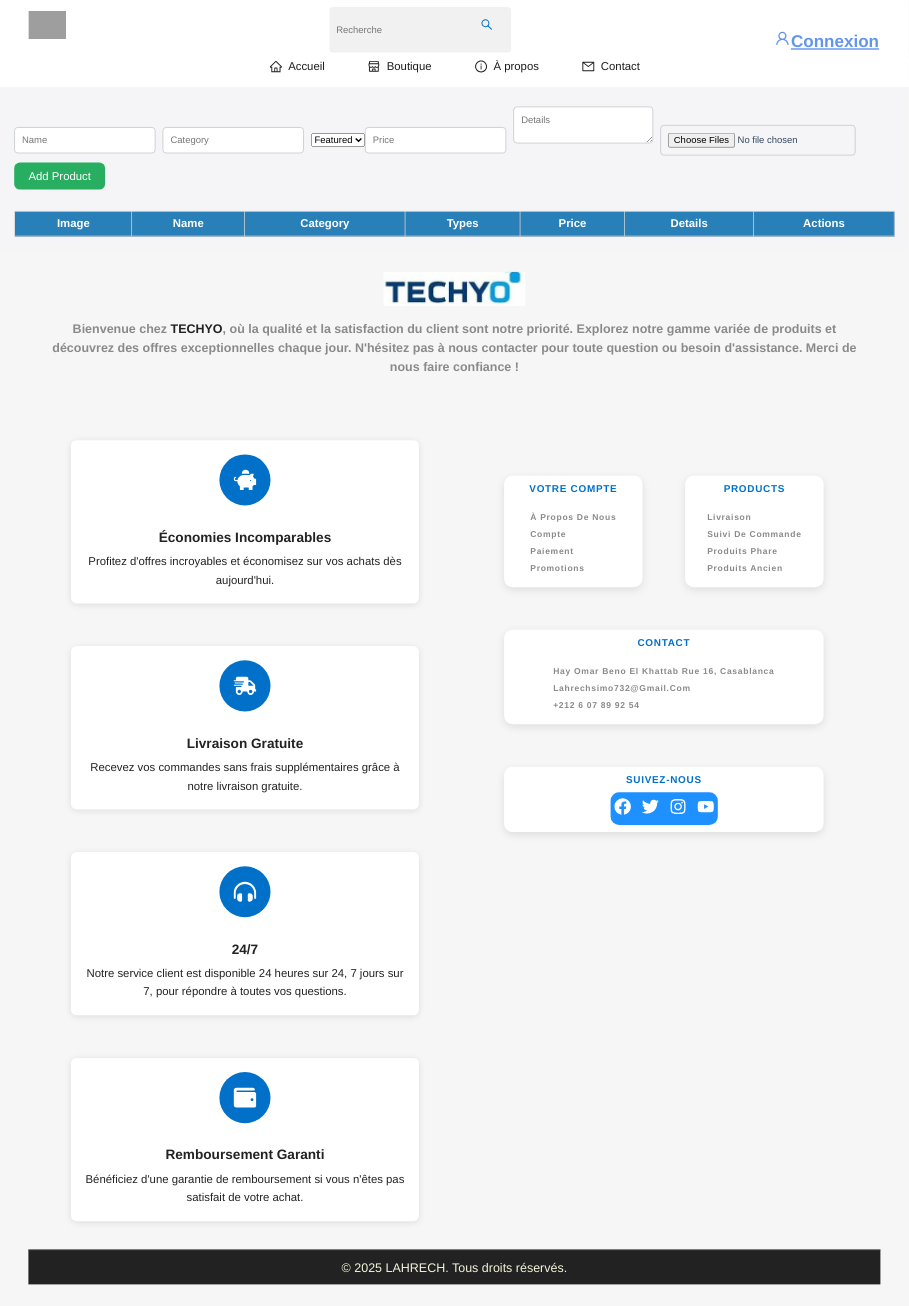
Repository: sebti-cloud/project-modern
Page: /products (app in ecommerce_website/)
An editor plug-in stored every save of this project. The page is shown before and after the next save, followed by the edit.
The browser window is 1280 px wide. The pictures show the whole page, at 71% of full size.
The page's requests for data from a server got no answer. The project was rebuilt for these pictures with package versions that can differ from the ones it lists, and the page was loaded fresh each time. No one was signed in, and anything a server would have sent is missing. Also part of the build but not shown: ecommerce_website/src/comp/home.js, ecommerce_website/src/comp/shop.js, ecommerce_website/src/comp/cart.js, ecommerce_website/src/comp/contact.js, ecommerce_website/src/comp/rout.js, ecommerce_website/src/comp/Orders.js, ecommerce_website/src/comp/LikedProducts.js, ecommerce_website/src/comp/Categories.js and 29 more.

Above is the page before, as saved 2025-01-24 17:20:30.

### ecommerce_website/src/comp/Products.js
/*import React, { useState, useEffect } from 'react';
import { Link } from 'react-router-dom';
import './admin.css';

const Products = () => {
    const [products, setProducts] = useState([]);
    const [newProduct, setNewProduct] = useState({ name: '', category: '', types: [], price: '', details: '' });
    const [editProduct, setEditProduct] = useState(null);
    const [selectedFile, setSelectedFile] = useState(null);

    useEffect(() => {
        fetchProducts();
    }, []);

    const fetchProducts = async () => {
        try {
            const response = await fetch('http://localhost:3001/api/products');
            const data = await response.json();
            setProducts(Array.isArray(data) ? data : []);
        } catch (error) {
            console.error('Error fetching products:', error);
        }
    };

    const handleChange = (e) => {
        const { name, value } = e.target;
        if (editProduct) {
            if (name === 'types') {
                const types = Array.from(e.target.selectedOptions, option => option.value);
                setEditProduct({ ...editProduct, types });
            } else {
                setEditProduct({ ...editProduct, [name]: value });
            }
        } else {
            if (name === 'types') {
                const types = Array.from(e.target.selectedOptions, option => option.value);
                setNewProduct({ ...newProduct, types });
            } else {
                setNewProduct({ ...newProduct, [name]: value });
            }
        }
    };

    const handleFileChange = (e) => {
        setSelectedFile(e.target.files[0]);
    };

    const handleAddProduct = async (e) => {
        e.preventDefault();
        const formData = new FormData();
        formData.append('name', newProduct.name);
        formData.append('category', newProduct.category);
        formData.append('types', JSON.stringify(newProduct.types)); // Convertir types en chaîne JSON
        formData.append('price', newProduct.price);
        formData.append('details', newProduct.details);
        formData.append('image', selectedFile);
        try {
            const response = await fetch('http://localhost:3001/api/products', {
                method: 'POST',
                body: formData,
            });
            if (response.ok) {
                fetchProducts();
                setNewProduct({ name: '', category: '', types: [], price: '', details: '' });
                setSelectedFile(null);
                alert('Product added successfully!', 'alert-success');
            } else {
                alert('Failed to add product.', 'alert-danger');
            }
        } catch (error) {
            console.error('Error adding product:', error);
        }
    };

    const handleEditProduct = (product) => {
        setEditProduct(product);
    };

    const handleUpdateProduct = async (e) => {
        e.preventDefault();
        const formData = new FormData();
        formData.append('name', editProduct.name);
        formData.append('category', editProduct.category);
        formData.append('types', JSON.stringify(editProduct.types || [])); // Assurer types est un tableau
        formData.append('price', editProduct.price);
        formData.append('details', editProduct.details);
        if (selectedFile) {
            formData.append('image', selectedFile);
        }
        try {
            const response = await fetch(`http://localhost:3001/api/products/${editProduct.id}`, {
                method: 'PUT',
                body: formData,
            });
            if (response.ok) {
                fetchProducts();
                setEditProduct(null);
                setSelectedFile(null);
                alert('Product updated successfully!', 'alert-success');
            } else {
                const errorText = await response.text();
                alert(`Failed to update product: ${errorText}`, 'alert-danger');
            }
        } catch (error) {
            console.error('Error updating product:', error);
        }
    };

    const handleDeleteProduct = async (id) => {
        try {
            const response = await fetch(`http://localhost:3001/api/products/${id}`, {
                method: 'DELETE',
            });
            if (response.ok) {
                fetchProducts();
                alert('Product deleted successfully!', 'alert-success');
            } else {
                alert('Failed to delete product.', 'alert-danger');
            }
        } catch (error) {
            console.error('Error deleting product:', error);
        }
    };

    return (
        <div className="admin-dashboard">
            <nav>
                <ul>
                    <li><Link to="/products">Produits</Link></li>
                    <li><Link to="/orders">Commandes</Link></li>
                    <li><Link to="/likedProducts">Produits aimés</Link></li>
                    <li><Link to="/categories">Catégories</Link></li>
                    <li><Link to="/contacts">Messages</Link></li>
                    <li><Link to="/admins">Administrateurs</Link></li>
                    <li><Link to="/admin-settings">Settings</Link></li>
                    <li><Link to="/admin-users">Utilisateurs</Link></li>
                </ul>
            </nav>
            <div className="products">
                <h2 className="products-header">Products</h2>
                <form onSubmit={editProduct ? handleUpdateProduct : handleAddProduct}>
                    <input type="text" name="name" placeholder="Name" value={editProduct ? editProduct.name : newProduct.name} onChange={handleChange} required />
                    <input type="text" name="category" placeholder="Category" value={editProduct ? editProduct.category : newProduct.category} onChange={handleChange} required />
                    <select name="types" value={editProduct ? editProduct.types : newProduct.types} onChange={handleChange}  required>
                        <option value="featured">Featured</option>
                        <option value="new">New</option>
                        <option value="top">Top</option>
                        <option value="sale">Sale</option>
                    </select>
                    <input type="number" name="price" placeholder="Price" value={editProduct ? editProduct.price : newProduct.price} onChange={handleChange} required />
                    <textarea name="details" className="details" placeholder="Details" value={editProduct ? editProduct.details : newProduct.details} onChange={handleChange} required />
                    <input type="file" name="image" onChange={handleFileChange} required={!editProduct} />
                    <button type="submit">{editProduct ? 'Update Product' : 'Add Product'}</button>
                </form>
                <table className="products-table">
                    <thead>
                        <tr>
                            <th>Image</th>
                            <th>Name</th>
                            <th>Category</th>
                            <th>Types</th>
                            <th>Price</th>
                            <th>Details</th>
                            <th>Actions</th>
                        </tr>
                    </thead>
                    <tbody>
                        {products.map(product => (
                            <tr key={product.id}>
                                <td><img src={`http://localhost:3001${product.image}`} alt={product.name} className="product-image" /></td>
                                <td>{product.name}</td>
                                <td>{product.category}</td>
                                <td>{product.types ? product.types.join(', ') : 'No types'}</td>
                                <td>{product.price} MAD</td>
                                <td>{product.details}</td>
                                <td>
                                    <button onClick={() => handleEditProduct(product)} className="edit-button">Edit</button>
                                    <button onClick={() => handleDeleteProduct(product.id)} className="delete-button">Delete</button>
                                </td>
                            </tr>
                        ))}
                    </tbody>
                </table>
            </div>
        </div>
    );
};

export default Products;
*/import React, { useState, useEffect } from 'react';
import { Link } from 'react-router-dom';
import './admin.css';

const Products = () => {
    const [products, setProducts] = useState([]);
    const [newProduct, setNewProduct] = useState({ name: '', category: '', types: [], price: '', details: '' });
    const [editProduct, setEditProduct] = useState(null);
    const [selectedFiles, setSelectedFiles] = useState([]);

    useEffect(() => {
        fetchProducts();
    }, []);

    const fetchProducts = async () => {
        try {
            const response = await fetch('http://localhost:3001/api/products');
            const data = await response.json();

            // Normaliser les données pour s'assurer que `images` est un tableau
            const normalizedData = data.map(product => ({
                ...product,
                images: product.images
                    ? product.images.replace(/[{}"]/g, '').split(',') // Convertir la chaîne JSON en tableau
                    : [],
            }));

            setProducts(normalizedData);
        } catch (error) {
            console.error('Error fetching products:', error);
        }
    };


    const handleChange = (e) => {
        const { name, value } = e.target;
        if (editProduct) {
            if (name === 'types') {
                const types = Array.from(e.target.selectedOptions, option => option.value);
                setEditProduct({ ...editProduct, types });
            } else {
                setEditProduct({ ...editProduct, [name]: value });
            }
        } else {
            if (name === 'types') {
                const types = Array.from(e.target.selectedOptions, option => option.value);
                setNewProduct({ ...newProduct, types });
            } else {
                setNewProduct({ ...newProduct, [name]: value });
            }
        }
    };

    const handleFileChange = (e) => {
        const allowedTypes = ['image/jpeg', 'image/png', 'image/webp'];
        const files = Array.from(e.target.files).filter(file => allowedTypes.includes(file.type));
        if (files.length !== e.target.files.length) {
            alert('Some files were not uploaded because they are not valid image types.');
        }
        setSelectedFiles(files);
    };

    const handleAddProduct = async (e) => {
        e.preventDefault();
        const formData = new FormData();
        formData.append('name', newProduct.name);
        formData.append('category', newProduct.category);
        formData.append('types', JSON.stringify(newProduct.types));
        formData.append('price', newProduct.price);
        formData.append('details', newProduct.details);

        selectedFiles.forEach((file) => {
            formData.append('images', file);
        });

        try {
            const response = await fetch('http://localhost:3001/api/products', {
                method: 'POST',
                body: formData,
            });
            if (response.ok) {
                fetchProducts();
                setNewProduct({ name: '', category: '', types: [], price: '', details: '' });
                setSelectedFiles([]);
                alert('Product added successfully!', 'alert-success');
            } else {
                const errorText = await response.text();
                alert(`Failed to add product: ${errorText}`, 'alert-danger');
            }
        } catch (error) {
            console.error('Error adding product:', error);
        }
    };

    const handleEditProduct = (product) => {
        setEditProduct(product);
    };

    const handleUpdateProduct = async (e) => {
        e.preventDefault();
        const formData = new FormData();
        formData.append('name', editProduct.name);
        formData.append('category', editProduct.category);
        formData.append('types', JSON.stringify(editProduct.types || []));
        formData.append('price', editProduct.price);
        formData.append('details', editProduct.details);

        if (selectedFiles.length > 0) {
            selectedFiles.forEach((file) => {
                formData.append('images', file);
            });
        }

        try {
            const response = await fetch(`http://localhost:3001/api/products/${editProduct.id}`, {
                method: 'PUT',
                body: formData,
            });
            if (response.ok) {
                fetchProducts();
                setEditProduct(null);
                setSelectedFiles([]);
                alert('Product updated successfully!', 'alert-success');
            } else {
                const errorText = await response.text();
                alert(`Failed to update product: ${errorText}`, 'alert-danger');
            }
        } catch (error) {
            console.error('Error updating product:', error);
        }
    };

    const handleDeleteProduct = async (id) => {
        if (!window.confirm('Are you sure you want to delete this product?')) return;

        try {
            const response = await fetch(`http://localhost:3001/api/products/${id}`, {
                method: 'DELETE',
            });
            if (response.ok) {
                fetchProducts();
                alert('Product deleted successfully!', 'alert-success');
            } else {
                alert('Failed to delete product.', 'alert-danger');
            }
        } catch (error) {
            console.error('Error deleting product:', error);
        }
    };

    return (
        <div className="admin-dashboard">
            <form onSubmit={editProduct ? handleUpdateProduct : handleAddProduct}>
                <input type="text" name="name" placeholder="Name" value={editProduct ? editProduct.name : newProduct.name} onChange={handleChange} required />
                <input type="text" name="category" placeholder="Category" value={editProduct ? editProduct.category : newProduct.category} onChange={handleChange} required />
                <select name="types" value={editProduct ? editProduct.types[0] : newProduct.types[0]} onChange={handleChange} required>
                    <option value="featured">Featured</option>
                    <option value="new">New</option>
                    <option value="top">Top</option>
                    <option value="sale">Sale</option>
                </select>

                <input type="number" name="price" placeholder="Price" value={editProduct ? editProduct.price : newProduct.price} onChange={handleChange} required />
                <textarea name="details" className="details" placeholder="Details" value={editProduct ? editProduct.details : newProduct.details} onChange={handleChange} required />
                <input
                    type="file"
                    name="images"
                    multiple
                    onChange={handleFileChange}
                    required={!editProduct}
                />
                <button type="submit">{editProduct ? 'Update Product' : 'Add Product'}</button>
            </form>

            <table className="products-table">
                <thead>
                    <tr>
                        <th>Image</th>
                        <th>Name</th>
                        <th>Category</th>
                        <th>Types</th>
                        <th>Price</th>
                        <th>Details</th>
                        <th>Actions</th>
                    </tr>
                </thead>
                <tbody>
                    {products.map(product => (
                        <tr key={product.id}>
                            <td>
                                {product.images && product.images.length > 0 ? (
                                    product.images.map((img, index) => (
                                        <img
                                            key={index}
                                            src={`http://localhost:3001${img.trim()}`} // Assurez-vous que l'URL est correcte
                                            alt={`${product.name} - Image ${index + 1}`}
                                            className="product-image"
                                        />
                                    ))
                                ) : (
                                    <span>No image available</span>
                                )}
                            </td>

                            <td>{product.name}</td>
                            <td>{product.category}</td>
                            <td>{product.type ? product.types.join(', ') : 'No types'}</td>
                            <td>{product.price} MAD</td>
                            <td>{product.details}</td>
                            <td>
                                <button onClick={() => handleEditProduct(product)} className="edit-button">Edit</button>
                                <button onClick={() => handleDeleteProduct(product.id)} className="delete-button">Delete</button>
                            </td>
                        </tr>
                    ))}
                </tbody>
            </table>
        </div>
    );
};

export default Products;

### ecommerce_website/src/comp/about.css
* {
    margin: 0;
    padding: 0;
    box-sizing: border-box;
    font-family: 'Helvetica Neue', Arial, sans-serif;
}

body {
    background-color: #f5f5f7;
    color: #1d1d1f;
    margin: 0;
    padding: 0;
}

.about-container {
    max-width: 1200px;
    margin: 0 auto;
    padding: 20px;
    background: white;
    border-radius: 12px;
    box-shadow: 0 4px 12px rgba(0, 0, 0, 0.1);
}

h1 {
    font-size: 2.5rem;
    margin-bottom: 20px;
    text-align: center;
    position: relative;
}

h1::after {
    content: '';
    display: block;
    width: 50px;
    height: 4px;
    background-color: #000;
    margin: 20px auto;
}

h2 {
    font-size: 2rem;
    margin-bottom: 15px;
    position: relative;
}

h2::after {
    content: '';
    display: block;
    width: 50px;
    height: 4px;
    background-color: #0070c9;
    margin: 10px 0;
}

p {
    font-size: 1.1rem;
    line-height: 1.6;
    margin-bottom: 0px;
    color: #232323;
    font-weight: 200;
}
.footer .footer-copyright p
{
color: beige;
}

ul {
    list-style: none;
    margin: 0;
    padding: 0;
}

ul li {
    margin-bottom: 10px;
    font-size: 1.1rem;
}

ul li strong {
    color: #0070c9;
}

.about-section {
    margin-bottom: 40px;
}

.cart-icon {
    position: fixed;
    top: 20px;
    right: 20px;
    background-color: white;
    border-radius: 50%;
    padding: 10px;
    box-shadow: 0 2px 10px rgba(0, 0, 0, 0.1);
    display: flex;
    align-items: center;
}

.cart-icon span {
    position: absolute;
    top: -10px;
    right: -10px;
    background-color: red;
    color: white;
    border-radius: 50%;
    padding: 5px;
    font-size: 0.8rem;
}

Loaded but not shown: ecommerce_website/public/index.html (common file); ecommerce_website/src/App.js (199 lines, source omitted); ecommerce_website/src/comp/footer.js (128 lines, source omitted); ecommerce_website/src/comp/nav.js (108 lines, source omitted); ecommerce_website/src/comp/home_product.js (112 lines, source omitted); ecommerce_website/src/index.js (24 lines, source omitted); ecommerce_website/src/comp/admin.css (582 lines, source omitted); ecommerce_website/src/styles/app.css (421 lines, source omitted); ecommerce_website/src/comp/shop.css (331 lines, source omitted); ecommerce_website/src/comp/home.css (307 lines, source omitted); ecommerce_website/src/comp/footer.css (216 lines, source omitted); ecommerce_website/src/comp/cart.css (205 lines, source omitted); ecommerce_website/src/comp/TrackOrder.css (175 lines, source omitted); ecommerce_website/src/comp/UserProfile.css (159 lines, source omitted); ecommerce_website/src/comp/nav.css (123 lines, source omitted); ecommerce_website/src/comp/contact.css (101 lines, source omitted)

After the next save:
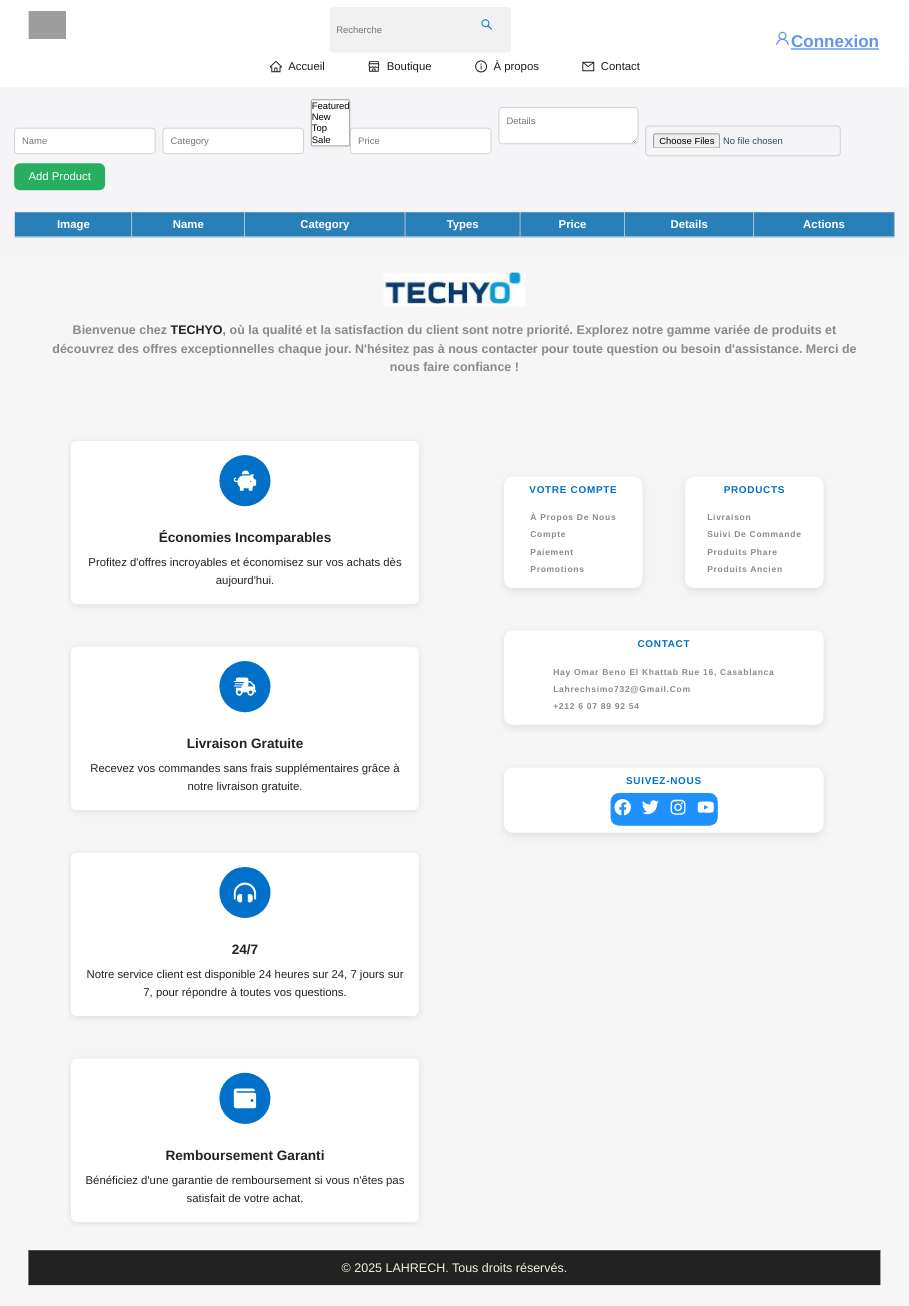
Saved 6 min 14 s later.
--- a/ecommerce_website/src/comp/Products.js
+++ b/ecommerce_website/src/comp/Products.js
@@ -220,7 +220,6 @@
         }
     };
 
-
     const handleChange = (e) => {
         const { name, value } = e.target;
         if (editProduct) {
@@ -342,13 +341,12 @@
             <form onSubmit={editProduct ? handleUpdateProduct : handleAddProduct}>
                 <input type="text" name="name" placeholder="Name" value={editProduct ? editProduct.name : newProduct.name} onChange={handleChange} required />
                 <input type="text" name="category" placeholder="Category" value={editProduct ? editProduct.category : newProduct.category} onChange={handleChange} required />
-                <select name="types" value={editProduct ? editProduct.types[0] : newProduct.types[0]} onChange={handleChange} required>
+                <select name="types" multiple value={editProduct ? editProduct.types : newProduct.types} onChange={handleChange} required>
                     <option value="featured">Featured</option>
                     <option value="new">New</option>
                     <option value="top">Top</option>
                     <option value="sale">Sale</option>
                 </select>
-
                 <input type="number" name="price" placeholder="Price" value={editProduct ? editProduct.price : newProduct.price} onChange={handleChange} required />
                 <textarea name="details" className="details" placeholder="Details" value={editProduct ? editProduct.details : newProduct.details} onChange={handleChange} required />
                 <input
@@ -381,7 +379,7 @@
                                     product.images.map((img, index) => (
                                         <img
                                             key={index}
-                                            src={`http://localhost:3001${img.trim()}`} // Assurez-vous que l'URL est correcte
+                                            src={`http://localhost:3001${img.trim()}`}
                                             alt={`${product.name} - Image ${index + 1}`}
                                             className="product-image"
                                         />
@@ -390,10 +388,9 @@
                                     <span>No image available</span>
                                 )}
                             </td>
-
                             <td>{product.name}</td>
                             <td>{product.category}</td>
-                            <td>{product.type ? product.types.join(', ') : 'No types'}</td>
+                            <td>{product.types && product.types.length > 0 ? product.types.join(', ') : 'No types'}</td>
                             <td>{product.price} MAD</td>
                             <td>{product.details}</td>
                             <td>
